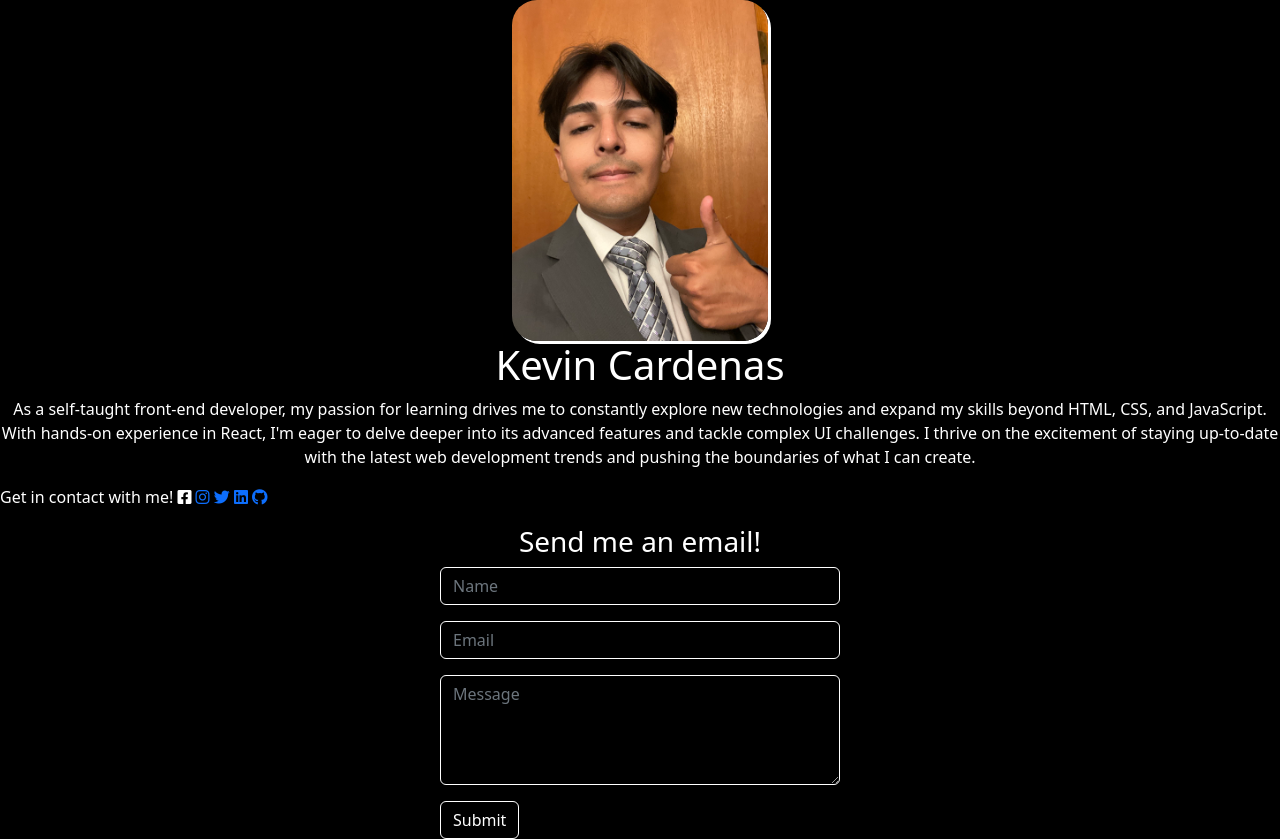
Repository: elqueben/elqueben.github.io
Page: public/index.html
These files come from the project's save history. The page is drawn as it stood at one moment and after a run of saves; the edit follows.
The browser window is 1280 px wide. The pictures show the whole page.

Above is the page before, as saved 2023-06-20 12:23:49.

After the next 4 saves:
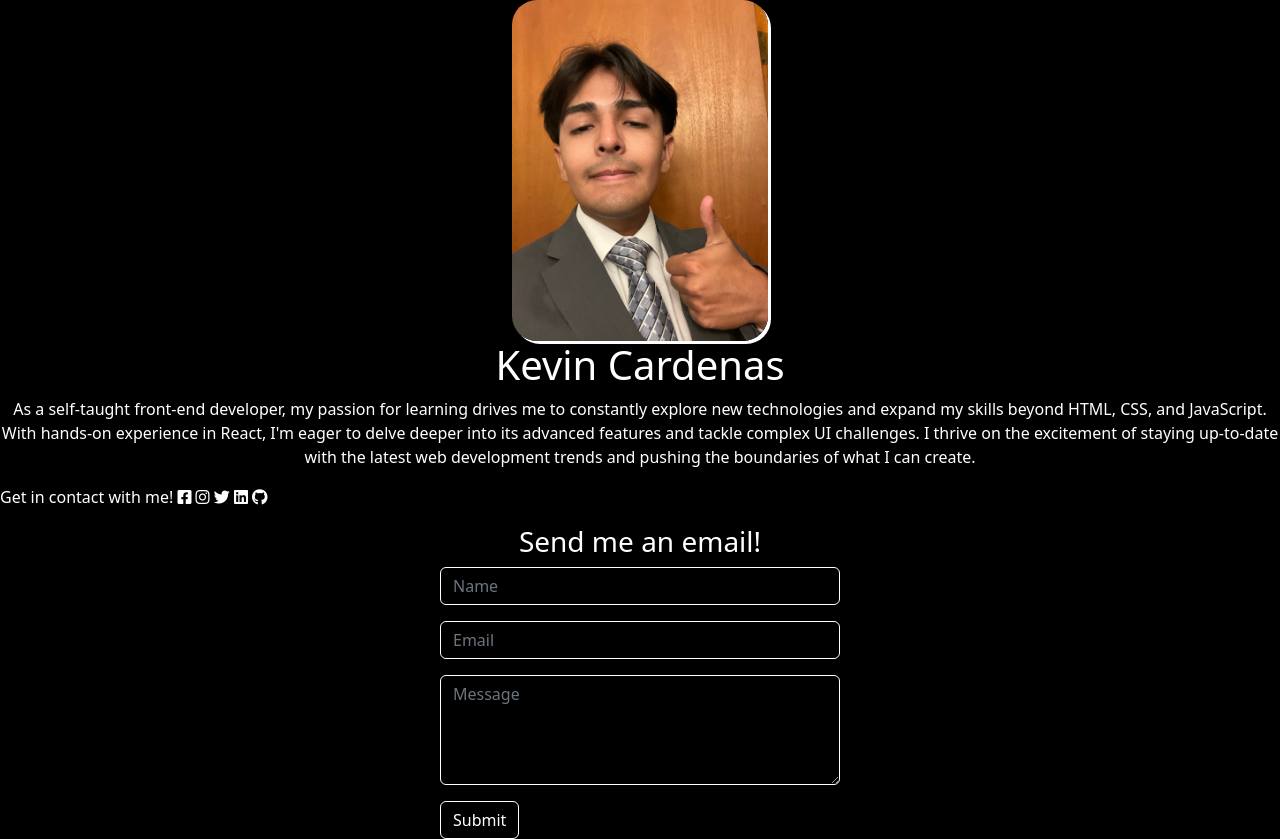
The 4 saves are shown as one change because they came seconds apart.
The last was saved 13 s later.
--- a/public/index.html
+++ b/public/index.html
@@ -19,10 +19,10 @@
   <div>
     <p>Get in contact with me!
       <a href="https://www.facebook.com/eselqueben/" target="_blank"><i class="fa fa-brands fa-square-facebook"></i></a>
-      <a href="https://www.instagram.com/elqueben/" target="_blank"><i class="fa-brands fa-instagram"></i></a>
-      <a href="https://twitter.com/eselqueben" target="_blank"><i class="fa-brands fa-twitter"></i></a>
-      <a href="https://www.linkedin.com/in/elqueben/" target="_blank"><i class="fa-brands fa-linkedin"></i></a>
-      <a href="https://github.com/elqueben" target="_blank"><i class="fa-brands fa-github"></i></a>
+      <a href="https://www.instagram.com/elqueben/" target="_blank"><i class="fa fa-brands fa-instagram"></i></a>
+      <a href="https://twitter.com/eselqueben" target="_blank"><i class="fa fa-brands fa-twitter"></i></a>
+      <a href="https://www.linkedin.com/in/elqueben/" target="_blank"><i class="fa fa-brands fa-linkedin"></i></a>
+      <a href="https://github.com/elqueben" target="_blank"><i class="fa fa-brands fa-github"></i></a>
     </p>
   </div>
   <div>
